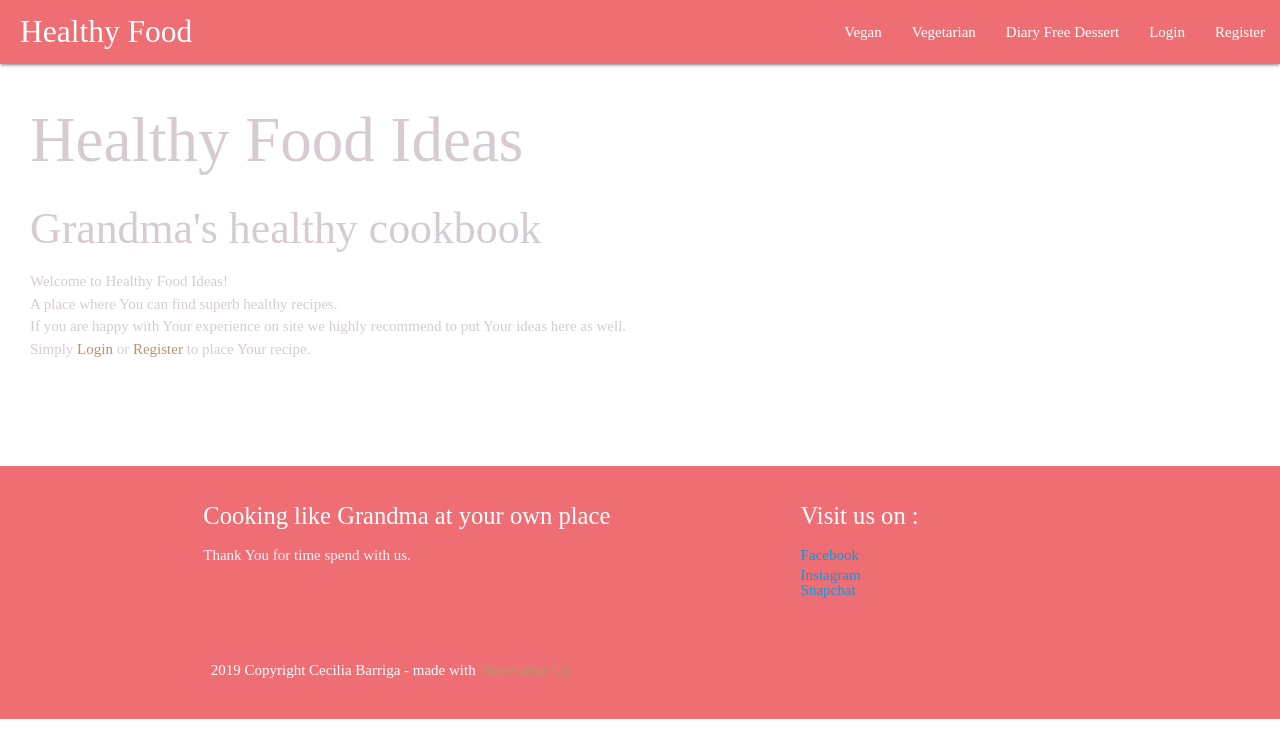
Repository: cesole/cookbook
Page: http://localhost/
The author's editor kept a record of every edit. The page is drawn from the files as they stood at one moment, then again after the next edit.
The browser window is 1280 px wide. The pictures show the whole page.
The page is served by the project's application, run on Flask 3 (app.py).

Above is the page before.
Console error: TypeError: Cannot read properties of undefined (reading 'offsetHeight')

### templates/index.html
{% extends 'base.html'%}
{% block content %}
<div class="parallax">
    <div class="index-container">
        <h1>Healthy Food Ideas</h1>
        <h3>Grandma's healthy cookbook</h3>
       <p class="index">Welcome to Healthy Food Ideas!<br>A place where You can find superb healthy recipes.<br>
                                                    If you are happy with Your experience on site we highly recommend to put Your ideas here as well.<br>
                                                    Simply <a class="orange-text text-lighten-3" href="{{url_for('login')}}">Login</a> or <a class="orange-text text-lighten-3" href="{{url_for('register')}}">Register</a> to place Your recipe.</p>
    </div>
</div>
{% endblock %}

### templates/base.html
<!DOCTYPE html>
<html lang="en">
<head>
    <meta charset="UTF-8">
    <meta name="viewport" content="width=device-width, initial-scale=1.0">

    <link href="https://fonts.googleapis.com/icon?family=Material+Icons" rel="stylesheet">
    <!-- Compiled and minified CSS -->
    <link rel="stylesheet" href="{{ url_for('static', filename='css/materialize.min.css') }}" type="text/css" />
    <link href="https://stackpath.bootstrapcdn.com/font-awesome/4.7.0/css/font-awesome.min.css" rel="stylesheet" integrity="sha384-wvfXpqpZZVQGK6TAh5PVlGOfQNHSoD2xbE+QkPxCAFlNEevoEH3Sl0sibVcOQVnN" crossorigin="anonymous">
    <link href="https://fonts.googleapis.com/css?family=Indie+Flower&display=swap" rel="stylesheet">
    <link rel="stylesheet" href="{{ url_for('static', filename='css/style.css') }}" type="text/css" />


    <title>Cookbook</title>
</head>

<body class="container-fluid">
    <nav>
        <div class="nav-wrapper">
            <a href="{{url_for('index')}}" class="brand-logo">Healthy Food</a>
            <a href="#" data-target="mobile-demo" class="sidenav-trigger"><i class="material-icons">menu</i></a>
            <ul class="right hide-on-med-and-down">
                {% if session.username %}
                <li>Hello, {{ session.username }}!</li>
                {% endif %}
                <li><a href="{{url_for('vegan')}}">Vegan</a></li>
                <li><a href="{{url_for('vegetarian')}}">Vegetarian</a></li>
                <li><a href="{{url_for('dessert')}}">Diary Free Dessert</a></li>
                {% if not session.username %}
                <li><a href="{{url_for('login')}}">Login</a></li>
                <li><a href="{{url_for('register')}}">Register</a></li>
                {% else %}
                <li><a href="{{url_for('get_my_recipes')}}">My Recipes</a></li>
                <li><a href="{{url_for('logout')}}">Logout</a></li>
                {% endif %}
            </ul>
        </div>
        <ul class="sidenav" id="mobile-demo">
            {% if session.username %}
            <li>Hello, {{ session.username }}!</li>
            {% endif %}
            <li><a href="{{url_for('vegan')}}">Vegan</a></li>
            <li><a href="{{url_for('vegetarian')}}">Vegetarian</a></li>
            <li><a href="{{url_for('dessert')}}">Diary Free Dessert</a></li>
            {% if not session.username %}
            <li><a href="{{url_for('login')}}">Login</a></li>
            <li><a href="{{url_for('register')}}">Register</a></li>
            {% else %}
            <li><a href="{{url_for('get_my_recipes')}}">My Recipes</a></li>
            <li><a href="{{url_for('logout')}}">Logout</a></li>
            {% endif %}
        </ul>
    </nav>

    <div class="container-fluid">
        <main>{% block content %}{% endblock %}</main>
    </div>

    <footer class="page-footer">
        <div class="container">
            <div class="row">
                <div class="col l6 s12">
                    <h5 class="white-text">Cooking like Grandma at your own place</h5>
                    <p class="grey-text text-lighten-4">Thank You for time spend with us.</p>
                </div>
                <div class="col l4 offset-l2 s12">
                    <h5 class="white-text">Visit us on :</h5>
                    <ul>
                      <li><a class="social-media" href="https://www.facebook.com/" target=_blank>Facebook</a><i class="fa fa-facebook-square"></li>
                      <li><a class="social-media" href="https://www.instagram.com/" target=_blank>Instagram</a><i class="fa fa-instagram"></li>
                      <li><a class="social-media" href="https://www.snapchat.com/" target=_blank>Snapchat</a><i class="fa fa-snapchat-square"></i></li>
                    </ul>
                </div>
            </div>
            <div class="copyright">
                <div class="row">
            © 2019 Copyright Cecilia Barriga - made with <a class="orange-text text-lighten-3" href="https://materializecss.com/" target=_blank>Materialize Css</a>
            </div>
            </div>
        </div>
    </footer>


    <script src="https://code.jquery.com/jquery-3.3.1.slim.min.js" integrity="sha384-q8i/X+965DzO0rT7abK41JStQIAqVgRVzpbzo5smXKp4YfRvH+8abtTE1Pi6jizo" crossorigin="anonymous"></script>
    <!-- Compiled and minified JavaScript -->
    <script src="https://cdnjs.cloudflare.com/ajax/libs/materialize/1.0.0/js/materialize.min.js"></script>

    <script>
        $(document).ready(function(){
            $('.sidenav').sidenav();
            $('.parallax').parallax();
            $('.carousel').carousel();
            $('.slider').slider();
            $('select').formSelect();
          });
    </script>

</body>
</html>

### app.py
import os
from flask import Flask, render_template, flash, redirect, request, url_for, session, make_response, current_app
from flask_pymongo import PyMongo
import pymongo
from pymongo import MongoClient
from bson.objectid import ObjectId
import json
from datetime import datetime
from functools import update_wrapper


app = Flask(__name__)
app.config["MONGO_DBNAME"] = 'task_manager'
app.config["MONGO_URI"] = os.getenv('MONGO_URI', 'mongodb://localhost')
app.config['SECRET_KEY'] = "cooking_book"


mongo = PyMongo(app)




@app.route('/')
@app.route('/index')
def index():
    return render_template('index.html')

@app.route('/vegan')
def vegan():
    return render_template('vegan.html',
                            meals=mongo.db.meals.find())

@app.route('/vegetarian')
def vegetarian():
    return render_template('vegetarian.html',
                            meals=mongo.db.meals.find())

@app.route('/dessert')
def dessert():
    return render_template('dessert.html',
                            meals=mongo.db.meals.find())

@app.route('/login', methods=["POST", "GET"])
def login():
    users = mongo.db.users
    login_user = users.find_one({"username" : request.form.get("username", False)})
    if login_user:
        if (request.form['pass']) == login_user['password']:
            session['username'] = request.form['username']
            return redirect(url_for('index'))
        flash('Invalid username/password combination')

    return render_template('login.html')




@app.route('/register', methods=["POST", "GET"])
def register():
    if request.method == "POST":
        users = mongo.db.users
        existing_user = users.find_one({"username" : request.form['username']})
        if existing_user is None:
            users.insert({'username' : request.form['username'],
                            'password' : request.form['pass']
            })
            session['username'] = request.form['username']
            return redirect(url_for('index'))
        flash("Username already exist! Try again!")
    return render_template('register.html')


@app.route('/get_my_recipes', methods=['GET', 'POST'])
def get_my_recipes():
    if not 'username' in session:
        return redirect('/get_login')
    else:
        recipes = mongo.db.meals.find()
        return render_template('user_recipes.html',
                           username=session['username'],
                           recipes=recipes)

@app.route('/add_recipe')
def add_recipe():
    return render_template('add_recipe.html',
                            categories=mongo.db.categories.find(),
                            images=mongo.db.images.find())


@app.route('/insert_recipe', methods=['POST'])
def insert_recipe():
    meals =  mongo.db.meals
    meals.insert_one(request.form.to_dict())
    return render_template('user_recipes.html')


@app.route('/delete_recipe/<meal_id>')
def delete_recipe(recipe_id):

    mongo.db.recipes.remove({'_id': ObjectId(recipe_id)})
    return redirect(url_for('get_my_recipes'))



@app.route('/edit_recipe/<meal_id>')
def edit_meal(meal_id):
    the_meal =  mongo.db.meal.find_one({"_id": ObjectId(meal_id)})
    all_categories =  mongo.db.categories.find()
    return render_template('edit_recipe.html', meal=the_meal,
                           categories=all_categories)

@app.route('/logout')
def logout():
    session.clear()
    return redirect(url_for('index'))

@app.route('/recipe/<meal_id>', methods=['GET', 'POST'])
def recipe(meal_id):
    the_meal =  mongo.db.meals.find_one({"_id": ObjectId(meal_id)})
    return render_template('recipe.html', meal=the_meal)

if __name__ == '__main__':
    app.run(host=os.environ.get('IP'),
            port=int(os.environ.get('PORT')),
            debug=True)

### static/css/style.css
.parallax {
    background-image: url({{ url_for('static', filename='images/background.jpg') }});
}

nav .nav-wrapper {
    position: relative;
    height: 100%;
    background-color: #bdcebe !important;
    color: white;
}

.index-container {
    margin-left: 30px;
    color: #d6cbd3;
}

.brand-logo {
    font-family: 'Beth Ellen', cursive;
    margin-left: 20px;
}

html {
    font-family: 'Beth Ellen', cursive;
}

.description {
    font-size: 1.5rem;
}

main {
    min-height: 50vh;
}

form {
    margin-top: 50px;
}

.meals {
    padding-top: 50px;
}

span.card-title {
    background-color: #d68d057a;
    width: 100%;
    padding: 10px !important;
}

.card-content {
    height: 100px;
}

/* Caption styles */

.caption {
    background-color: rgba(0, 0, 0, 0.1);
}

/* parallax styles */
.grey-text.text-darken-3 {
    color: white !important;
    text-align: center;
}

.white {
    background-color: #bdcebe !important;
    color: white;
    text-align: center;
}

/* end of style */

/* carousel style */

.carousel {
    height: 250px;
}

/* end of styles */

.input-field label {
    color: black;
}

.input-field input[type=text],
.input-field input[type=password],
.input-field input[type=email]{
    border-bottom: 1px solid black;
    box-shadow: 0 1px 0 0 black;
}

.switch label {
    color: black;
}

textarea.materialize-textarea {
    border-bottom: 1px solid black;
    box-shadow: 0 1px 0 0 black;
}

label.active {
    color: yellow !important;
}


}
.page-footer {
    background-color: #bdcebe !important;
}

img.responsive-img {
    max-width: 70%;
    height: auto;
}

}
.title-image {
    background-image: url('static/images/background.jpg');
}

.flashes {
    text-align: center;
    font-size: 2rem;
}


.orange-text.text-lighten-3 {
    color: #b9936c !important;
}


.fa-instagram:before {
    display: none !important;
}

.fa-facebook-square:before{
    display: none !important;
}

.fa-snapchat-square:before {
    display: none !important;
}

/* MEDIA STYLE */

@media (max-width: 768px) {
    nav .brand-logo {
        font-size: 1rem;
    }
}

Loaded but not shown: static/css/materialize.min.css (library)

After the next edit:
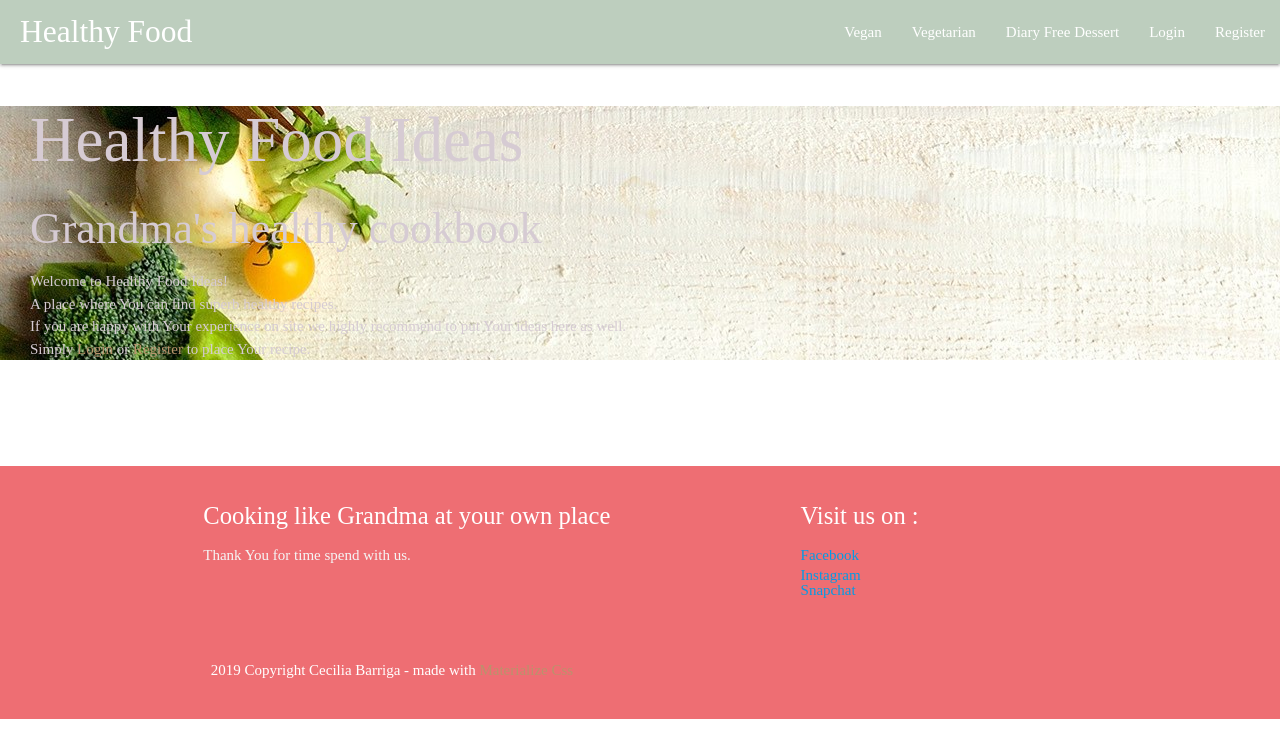
The edit:
--- a/static/css/style.css
+++ b/static/css/style.css
@@ -1,5 +1,5 @@
 .parallax {
-    background-image: url({{ url_for('static', filename='images/background.jpg') }});
+    background-image: url('static/images/background.jpg');
 }
 
 nav .nav-wrapper {
